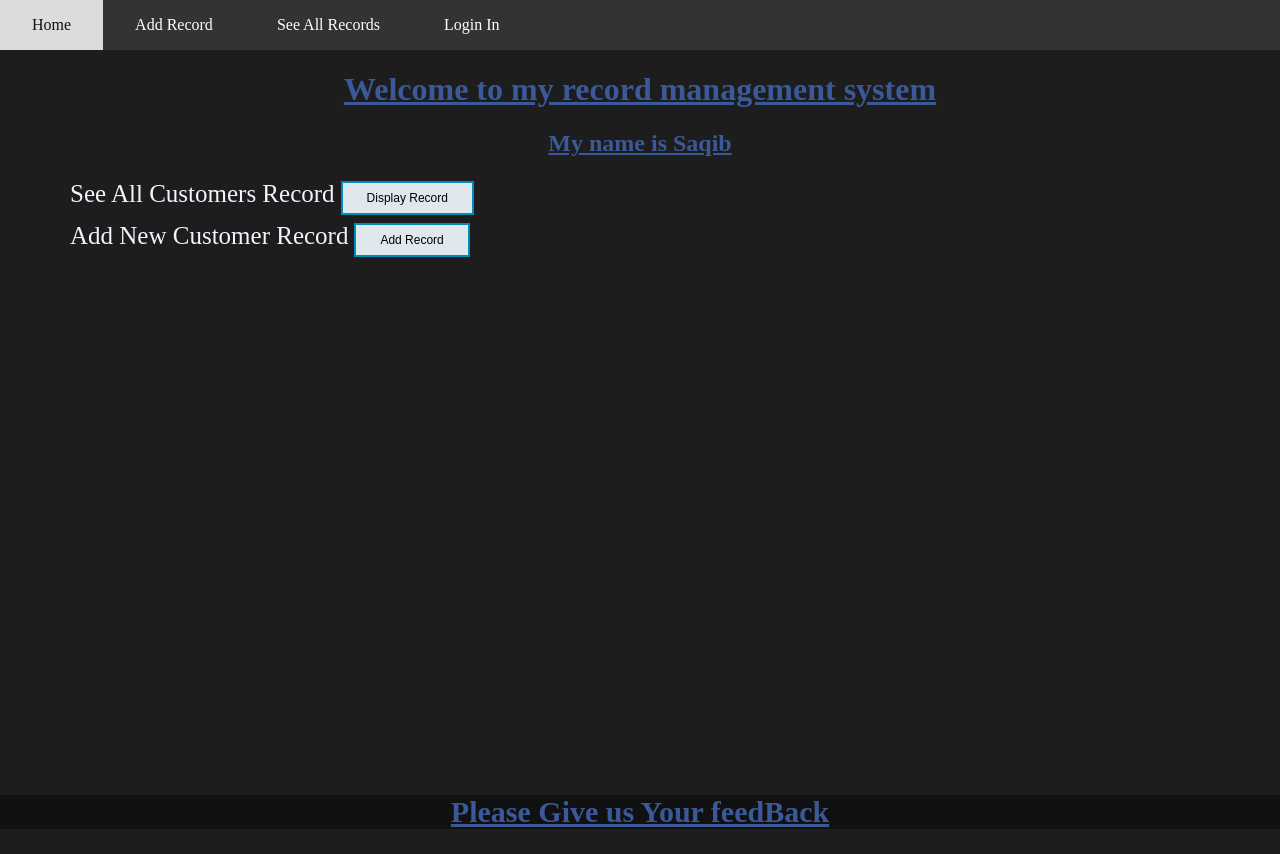
Repository: MUHAMMAD-SAQIB-2000/SpringBoot
Page: http://localhost/WebServiceRecordManagementSystem/home.jsp
An editor plug-in stored every save of this project. The page is shown before and after the next save, followed by the edit.
The browser window is 1280 px wide. The pictures show the whole page.
The page is served by Tomcat 9. Other server files are loaded and not shown.

Above is the page before, as saved 2020-08-12 13:46:27.

### WebServiceRecordManagementSystem/src/main/webapp/home.jsp
<%@ page language="java" contentType="text/html; charset=ISO-8859-1"
	pageEncoding="ISO-8859-1"%>
<!DOCTYPE html>
<html>
<head>
<meta charset="ISO-8859-1">
<title>Record Management System</title>
<link rel="stylesheet" href="style.css">
</head>
<body>
	<div>
		<ul>
			<li><a class="active" href="#home">Home</a></li>
			<li><a href="#news">Add Record</a></li>
			<li><a href="#contact">See All Records</a></li>
			<li><a href="#about">Login In</a></li>
		</ul>
	</div>

	<div class="mainBody">

		<h1 class="h">Welcome to my record management system</h1>
		<h2 class="h">My name is Saqib</h2>
		<div class="form">
			<label class="title">See All Customers Record</label>
			<button class="button button2"
				onclick="window.location.href = 'displayAllCustomers' ">Display
				Record</button>
			<br> <label class="title">Add New Customer Record</label>
			<button class="button button2"
				onclick="window.location.href = 'addCustomerForm' ">Add
				Record</button>
		</div>
	</div>
	<footer class="foter">
		<h2 class="h">Please Give us Your feedBack</h2>
	</footer>
</body>
</html>

### WebServiceRecordManagementSystem/src/main/webapp/style.css
@charset "ISO-8859-1";

body {
	margin: 0px;
	padding: 0px;
	background-color:#1d1d1d;
}

ul {
	list-style-type: none;
	margin: 0;
	padding: 0;
	overflow: hidden;
	background-color: #333;
	position: fixed;
	top: 0;
	width: 100%;
}

li {
	float: left;
}

li a {
	display: block;
	color: white;
	text-align: center;
	padding: 16px 32px;
	text-decoration: none;
	font-size:16px;
}

li a:hover {
	background-color: 	#DCDCDC;
	color:#111;
}

.active {
	background-color: #4CAF50;
}
.mainBody{
	padding: 20px 20px;
	margin-top:30px;
	height:700px;
}

.h {
	color: #3B5998;
	text-align: center;
	text-decoration: underline;
}

table, th, td {
	background-color: #E1E8ED;
	color: #111;
	text-align: center;
	border: 2px solid #008CBA;
	margin: 10px;
	padding: 5px;
}

th:hover, td:hover {
	border: 2px solid #111;
	background-color: #008CBA;
	color: white;
	transition-duration: 0.4s;
}

.tableCSS {
	background-color: #E1E8ED;
	color: #111;
	margin: 5% 22%;
}

.button {
	border: none;
	color: white;
	padding: 8px 24px;
	text-align: center;
	text-decoration: none;
	display: inline-block;
	font-size: 12px;
	margin: 4px 2px;
	transition-duration: 0.4s;
	cursor: pointer;
}

.button2 {
	background-color: #E1E8ED;
	color: black;
	border: 2px solid #008CBA;
}

.button2:hover {
	background-color: #008CBA;
	color: white;
}

.form {
	text-align: left;
	margin-left: 50px;
}

form {
	width: 100%;
	padding: 12px 20px;
	margin: 8px 0;
	box-sizing: border-box;
}

.title {
	font-size: 25px;
	color: #eff4ff;
}

.inputForm {
	width: 30%;
	padding: 10px 18px;
	margin: 6px 0;
	box-sizing: border-box;
	background-color: #F7F7F7;
	color: #111;
}

radiobutton {
	size: 10px;
}

option:hover {
	background-color: #008CBA;
	color: white;
}

a {
	text-decoration: none;
	color: #111;
}

a:hover {
	color: #fff;
	font-size: 16px;
}
.foter{
	background-color: #111;
	color:#fff;
	font-size:20px;
}

After the next save:
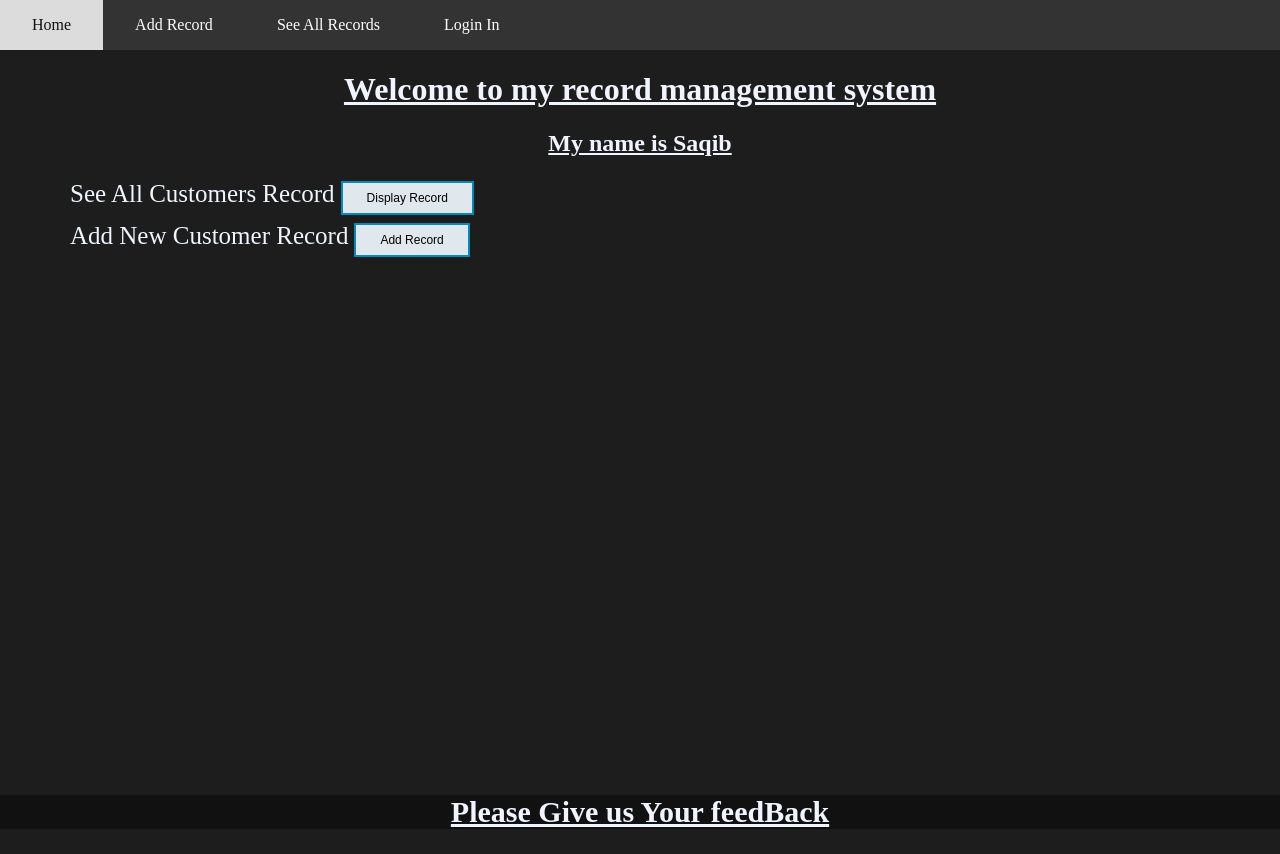
Saved 15 s later.
--- a/WebServiceRecordManagementSystem/src/main/webapp/style.css
+++ b/WebServiceRecordManagementSystem/src/main/webapp/style.css
@@ -45,7 +45,7 @@ li a:hover {
 }
 
 .h {
-	color: #3B5998;
+	color: #eff4ff;
 	text-align: center;
 	text-decoration: underline;
 }
